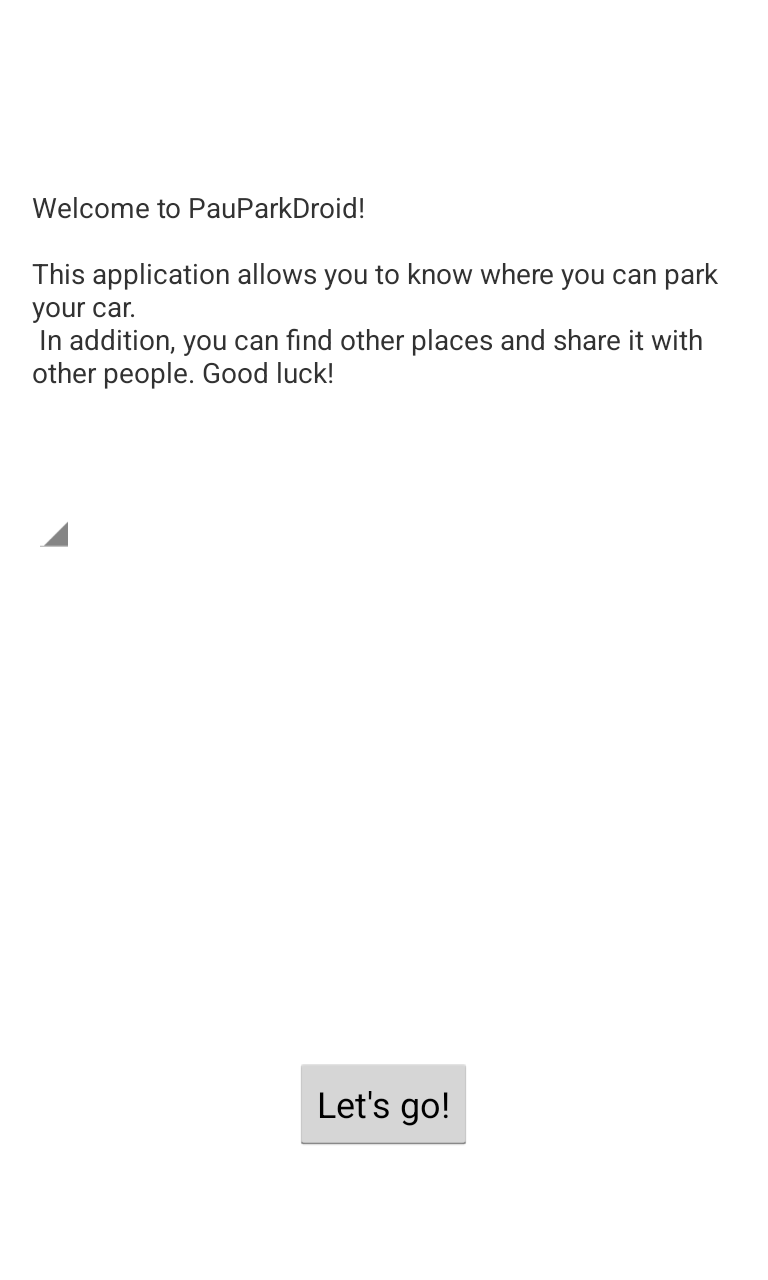
Repository: arrotacon/PauParkAndroid
Layout: PauPark_Workspace/PauParkDroid/res/layout/activity_home.xml
These files come from the project's save history. The layout is drawn as it stood at one moment and after the next save; the edit follows.
It is drawn on a 768 x 1280 px phone screen (xhdpi) without system bars, with theme AppTheme; the app's code is not run.

Above is the layout before, as saved 2014-12-01 12:15:38.

After the next save:
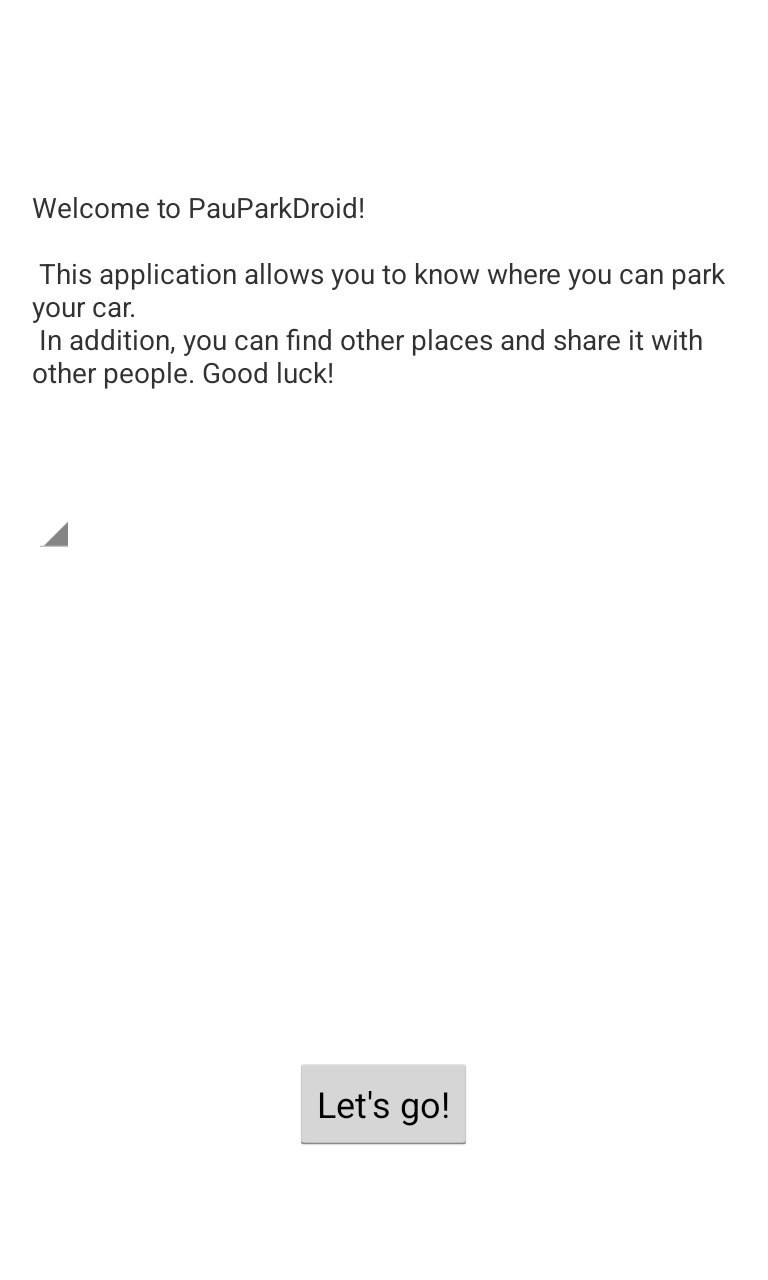
Saved 28 s later.
--- a/PauPark_Workspace/PauParkDroid/res/values/strings.xml
+++ b/PauPark_Workspace/PauParkDroid/res/values/strings.xml
@@ -5,7 +5,7 @@
     <string name="title_activity_home">PauParkDroid</string>
     <string name="hello_world">Hello world!</string>
     <string name="action_settings">Settings</string>
-    <string name="welcome">Welcome to PauParkDroid!\n\nThis application allows you to know where you can park your car.\n
+    <string name="welcome">Welcome to PauParkDroid!\n\n This application allows you to know where you can park your car.\n
         In addition, you can find other places and share it with other people. Good luck!</string>
         <string name="home_button">Let\'s go!</string>
 
